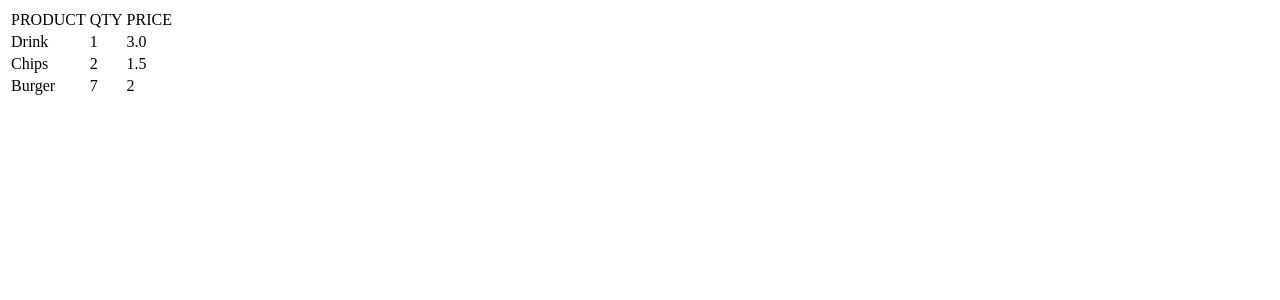
Repository: linas-dev/HTML-CSS-Projects
Page: Basic_HTML_and_CSS/HTML_Table.html
An editor plug-in stored every save of this project. The page is shown before and after the next save, followed by the edit.
The browser window is 1280 px wide. The pictures show the whole page.

Above is the page before, as saved 2021-05-30 09:48:45.

### Basic_HTML_and_CSS/HTML_Table.html
<!DOCTYPE html>
<html lang="en">
<head>
    <meta charset="UTF-8">
    <meta http-equiv="X-UA-Compatible" content="IE=edge">
    <meta name="viewport" content="width=device-width, initial-scale=1.0">
    <link rel="stylesheet" href="Basic_CSS_2.css">
    <title>Document</title>
</head>
<body>
    <table class="table">
        <thead>
            <tr>
                <td>PRODUCT</td>
                <td>QTY</td>
                <td>PRICE</td>
            </tr>
        </thead>
        <tbody>
            <tr>
                <td>Drink</td>
                <td>1</td>
                <td>3.0</td>
            </tr>
            <tr>
                <td>Chips</td>
                <td>2</td>
                <td>1.5</td>
            </tr>
            <tr>
                <td>Burger</td>
                <td>7</td>
                <td>2</td>
            </tr>
        </tbody>
</body>
</html>

### Basic_HTML_and_CSS/Basic_CSS_2.css
p {
    color: #2E5757;
    background: #F0DFEE;
    font-weight: bolder;
    text-align: right;
}

After the next save:
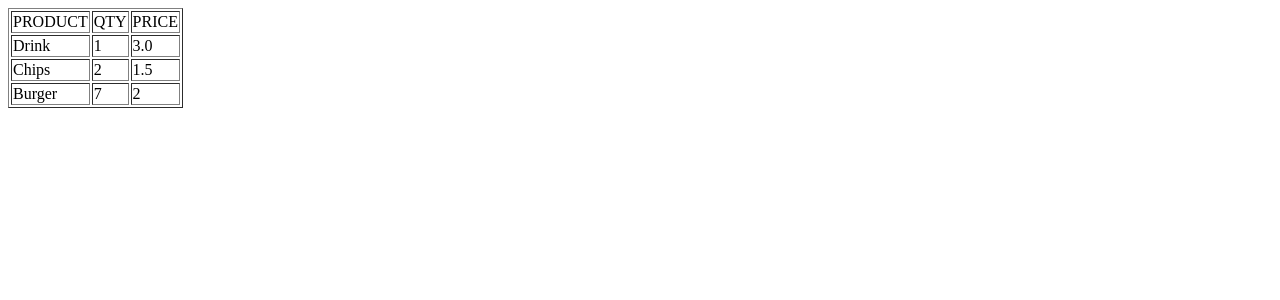
Saved 26 s later.
--- a/Basic_HTML_and_CSS/HTML_Table.html
+++ b/Basic_HTML_and_CSS/HTML_Table.html
@@ -8,7 +8,7 @@
     <title>Document</title>
 </head>
 <body>
-    <table class="table">
+    <table class="table" border="1">
         <thead>
             <tr>
                 <td>PRODUCT</td>

After the save that followed:
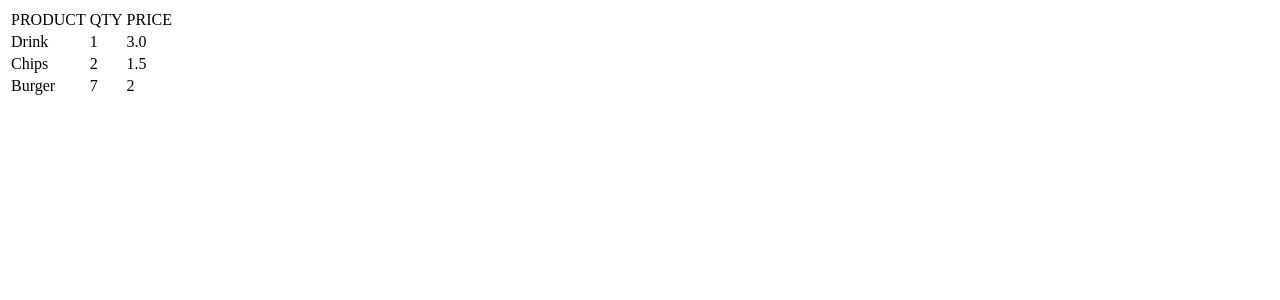
Saved 7 s later.
--- a/Basic_HTML_and_CSS/HTML_Table.html
+++ b/Basic_HTML_and_CSS/HTML_Table.html
@@ -8,7 +8,7 @@
     <title>Document</title>
 </head>
 <body>
-    <table class="table" border="1">
+    <table class="table" border="0.5">
         <thead>
             <tr>
                 <td>PRODUCT</td>
